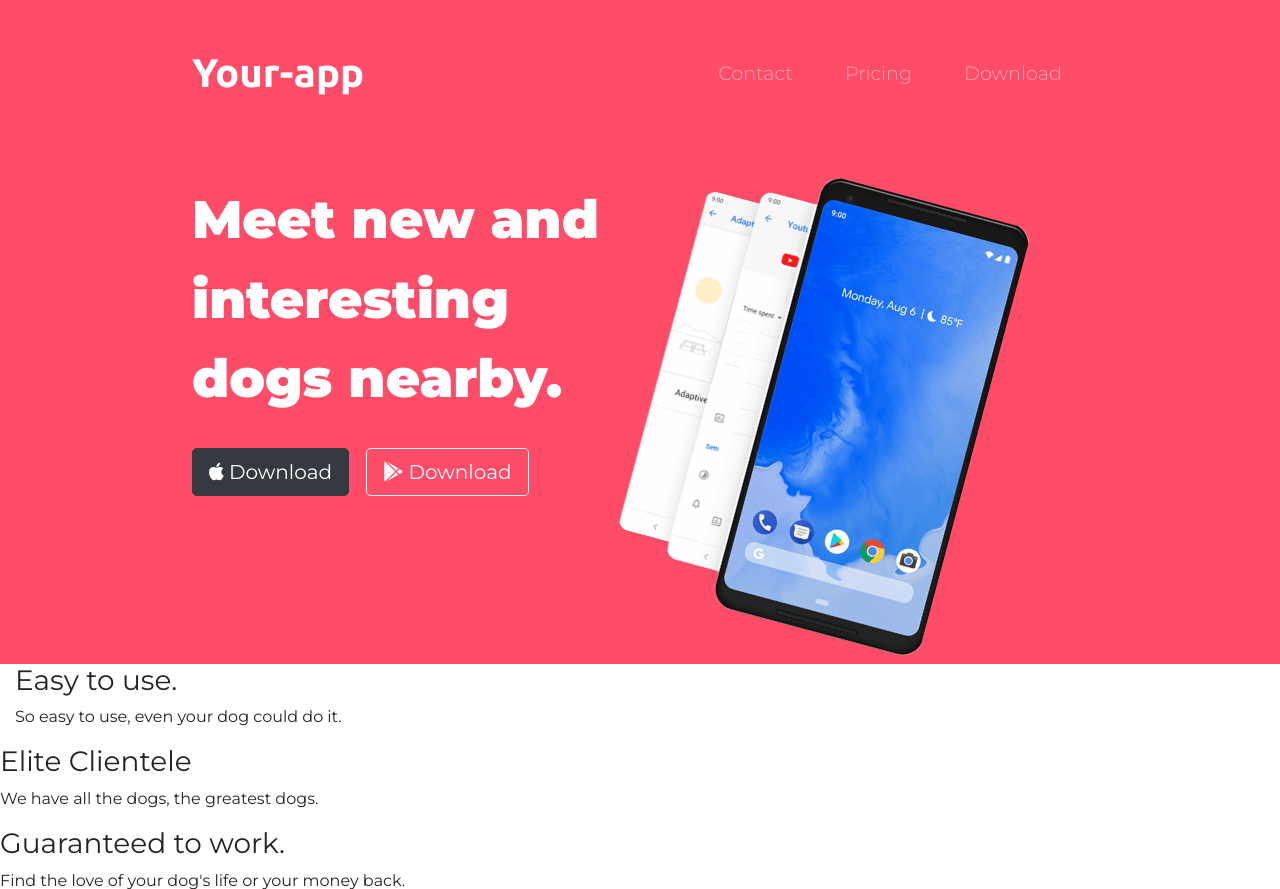
Repository: Isanderr/Simple_landing_page_2-Bootstrap4
Page: index.html
An editor plug-in stored every save of this project. The page is shown before and after the next save, followed by the edit.
The browser window is 1280 px wide. The pictures show the part of the page from y = 0 to 889 px (the page is 2372 px tall before and 2396 px after).
A picture or video elsewhere on the page could not be fetched, so the positions and the page height are approximate. Some web libraries are served in a nearby version.

Above is the page before, as saved 2019-02-02 22:39:47.

After the next save:
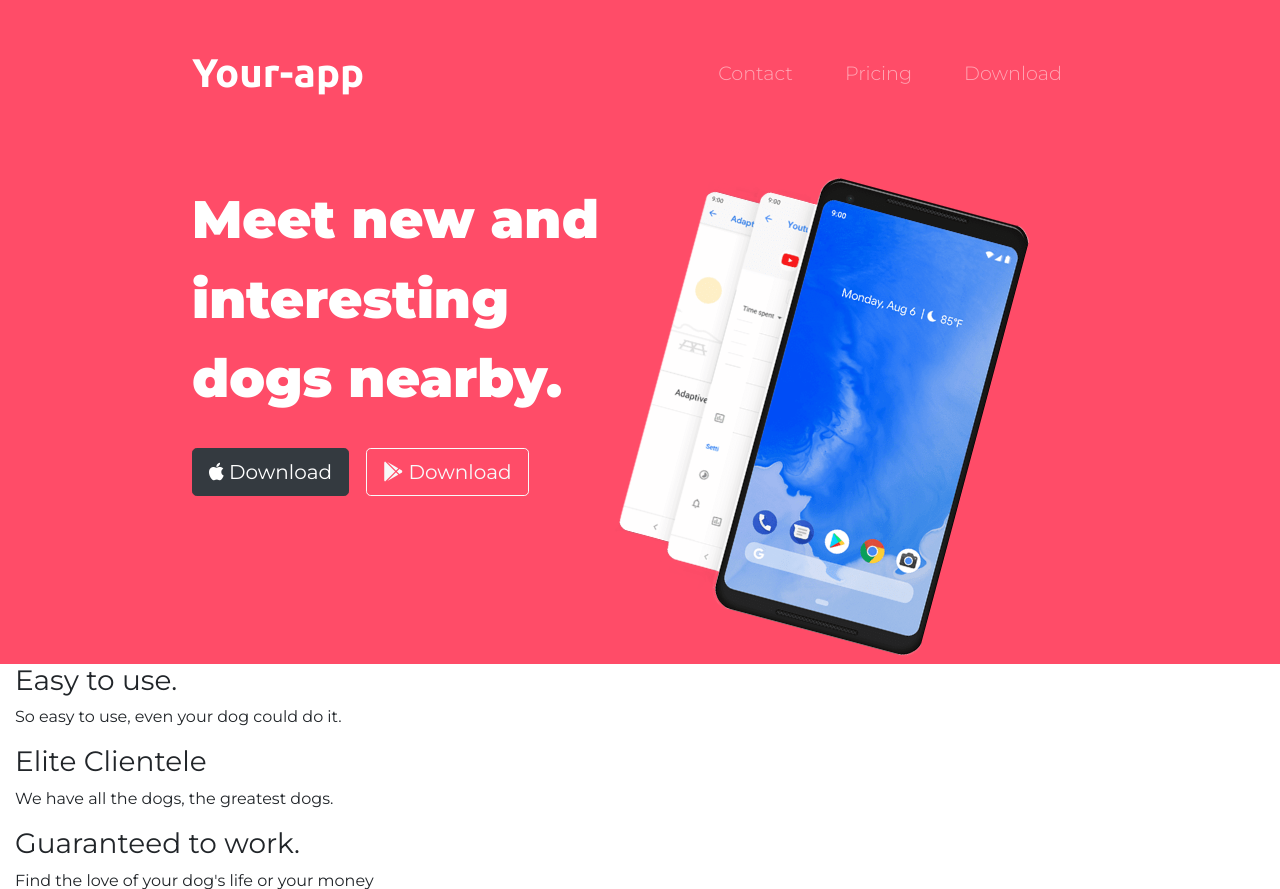
Saved 13 s later.
--- a/index.html
+++ b/index.html
@@ -56,11 +56,11 @@
         <h3>Easy to use.</h3>
         <p>So easy to use, even your dog could do it.</p>
       </div>
-      <div class="feature-box">
+      <div class="feature-box col-lg-4">
         <h3>Elite Clientele</h3>
         <p>We have all the dogs, the greatest dogs.</p>
       </div>
-      <div class="feature-box">
+      <div class="feature-box col-lg-4">
         <h3>Guaranteed to work.</h3>
         <p>Find the love of your dog's life or your money back.</p>
       </div>
